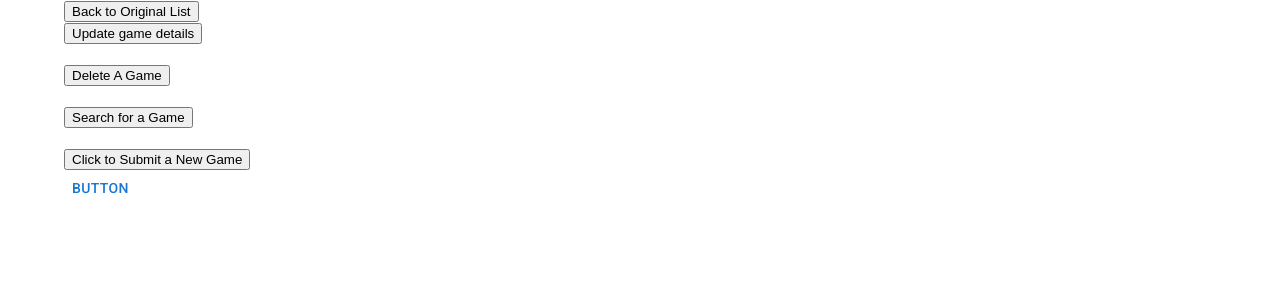
Repository: The-Software-Guild/assessment-2-react-nj10deadend
Page: / (app in Part-2/React-section/frontend/)
An editor plug-in stored every save of this project. The page is shown before and after the next save, followed by the edit.
The browser window is 1280 px wide. The pictures show the whole page.
The page's requests for data from a server got no answer. The project was rebuilt for these pictures with package versions that can differ from the ones it lists, and the page was loaded fresh each time. No one was signed in, and anything a server would have sent is missing. Also part of the build but not shown: Part-2/React-section/frontend/src/components/GameCards.js.

Above is the page before, as saved 2021-12-19 15:58:38.

### Part-2/React-section/frontend/public/index.html
<!DOCTYPE html>
<html lang="en">
  <head>
    <meta charset="utf-8" />
    <link rel="icon" href="%PUBLIC_URL%/favicon.ico" />
    <meta name="viewport" content="width=device-width, initial-scale=1" />
    <meta name="theme-color" content="#000000" />
    <meta name="viewport" content="initial-scale=1, width=device-width" />
    <meta
      name="description"
      content="Web site created using create-react-app"
    />
    <link rel="apple-touch-icon" href="%PUBLIC_URL%/logo192.png" />
    <!--
      manifest.json provides metadata used when your web app is installed on a
      user's mobile device or desktop. See https://developers.google.com/web/fundamentals/web-app-manifest/
    -->
    <link rel="manifest" href="%PUBLIC_URL%/manifest.json" />
    <!--
      Notice the use of %PUBLIC_URL% in the tags above.
      It will be replaced with the URL of the `public` folder during the build.
      Only files inside the `public` folder can be referenced from the HTML.

      Unlike "/favicon.ico" or "favicon.ico", "%PUBLIC_URL%/favicon.ico" will
      work correctly both with client-side routing and a non-root public URL.
      Learn how to configure a non-root public URL by running `npm run build`.
    -->
    <link
      rel="stylesheet"
      href="https://fonts.googleapis.com/css?family=Roboto:300,400,500,700&display=swap"
    />
    <link
      rel="stylesheet"
      href="https://fonts.googleapis.com/icon?family=Material+Icons"
    />
    <title>React App</title>
  </head>
  <body>
    <noscript>You need to enable JavaScript to run this app.</noscript>
    <div id="root"></div>
    <!--
      This HTML file is a template.
      If you open it directly in the browser, you will see an empty page.

      You can add webfonts, meta tags, or analytics to this file.
      The build step will place the bundled scripts into the <body> tag.

      To begin the development, run `npm start` or `yarn start`.
      To create a production bundle, use `npm run build` or `yarn build`.
    -->
  </body>
</html>

### Part-2/React-section/frontend/src/index.css
body {
  margin: 0;
  font-family: -apple-system, BlinkMacSystemFont, 'Segoe UI', 'Roboto', 'Oxygen',
    'Ubuntu', 'Cantarell', 'Fira Sans', 'Droid Sans', 'Helvetica Neue',
    sans-serif;
  -webkit-font-smoothing: antialiased;
  -moz-osx-font-smoothing: grayscale;
}

code {
  font-family: source-code-pro, Menlo, Monaco, Consolas, 'Courier New',
    monospace;
}

.imgs {
  height: 250px;
  width: 250px;
}

### Part-2/React-section/frontend/src/App.js
import './App.css';
import Home from './components/Home';
import AddGameForm from './components/AddGameForm';
import GameSearch from './components/GameSearch';
import UpdateGame from './components/UpdateGame';
import DeleteGame from './components/DeleteGame';
import axios from 'axios';
import {useState, useEffect} from 'react';
import Container from '@mui/material/Container';

// import {Container} from '@mui/material';
import Button from '@mui/material/Button';
// import Button from '@mui/material/Button';
// import Typography from '@mui/material/Typography';

function App() {

  const [gameData, setGameData] = useState([]);

  function getFetchGameServer () {
    axios.get(`http://localhost:8080/allGames`)
      .then(res => {
        setGameData(res.data)
      })

  }

  useEffect(getFetchGameServer, []);

  return (
    // <div className="App">
    <Container>

      <button onClick={getFetchGameServer}>Back to Original List</button>
      <UpdateGame getFetchGameServer={getFetchGameServer}/>
      <br></br>
      <DeleteGame getFetchGameServer={getFetchGameServer} />
      <br></br>
      <GameSearch setGameData={setGameData}/>
      <br></br>
      <AddGameForm setGameData={setGameData}/>

      {/* <Container maxWidth="sm"> */}
      <Home gameData={gameData}/>

      {/* </Container> */}
      <Button>Button</Button>
      {/* <Typography variant="h3" component="div" gutterBottom>
        Here are some projects that I've made
      </Typography> */}

    </Container>

  );
}

export default App;

### Part-2/React-section/frontend/src/components/Home.js
import GameCards from "./GameCards";


function Home ({gameData}) {

    const renderGameData = gameData.map(eachGame => {
        // console.log(eachGame._id);
        return (
            <GameCards key={eachGame._id} eachGame={eachGame} />
        )
    })
    return (
        <div>
            {renderGameData}

        </div>
    )
}

export default Home;

### Part-2/React-section/frontend/src/components/AddGameForm.js
import {useState, useEffect} from 'react';
import axios from 'axios';

function AddGameForm ({setGameData}) {

    const [clicked, setClicked] = useState(false);
    const [submitted, setSubmitted] = useState(false);
    const [name, setName] = useState("");
    const [img, setImg] = useState("");
    const [crossPlatform, setCrossPlatform] = useState(false);
    const [price, setPrice] = useState(0);
    const [genres, setGenres] = useState(["", "", ""]);
    const buttonText = clicked ? "Hide Submission Form" : "Click to Submit a New Game"

    function postRequest() {
        return axios.post('http://localhost:8080/allGames', {
            name: name,
            img: img,
            cross_platform: crossPlatform,
            price: price,
            genres: genres
        })
        .then(function (response) {
            console.log(response);
            return response.data;
        })
        .catch(function (error) {
            console.log(error);
            return null;
        });
    }

    async function onSubmit(event) {
        event.preventDefault();
        setName("");
        setImg("");
        setCrossPlatform("");
        setPrice("");
        setGenres(["", "", ""]);
        const newGame = await postRequest();
        console.log(newGame);
        setGameData((oldInfo)=> {
            console.log(oldInfo)
            return [...oldInfo, newGame]
        })
    }

    return (
        <div>
            <button onClick={() => {setClicked(!clicked)}}>{buttonText}</button>
            {clicked && (
                <form onSubmit={onSubmit}>
                    <div>
                        <label for="name">Name</label>
                        <br></br>
                        <input type="text" name="name" placeholder="Enter name" id="name"
                        value={name} onChange={(event) => {setName(event.target.value)}}/>
                    </div>
                    <div>
                        <label for="img">Image Url</label>
                        <br></br>
                        <input type="text" name="img" placeholder="Enter image URL" id="img"
                        value={img} onChange={(event) => {setImg(event.target.value)}}/>
                    </div>
                    <div>
                        <label for="cross platform">Cross Platform</label>
                        <br></br>
                        <input type="text" name="cross platform" placeholder="Enter true or false" id="cross_platform"
                        value={crossPlatform} onChange={(event) => {setCrossPlatform(event.target.value)}}/>
                    </div>
                    <div>
                        <label for="price">Price</label>
                        <br></br>
                        <input type="text" name="price" placeholder="Enter price of game" id="price"
                        value={price} onChange={(event) => {setPrice(event.target.value)}} />
                    </div>
                    <div>
                        <label for="genres">Genres</label>
                        <br></br>
                        <input type="text" name="genre1" placeholder="Enter first genre category" id="genre1"
                        value={genres[0]} onChange={(event) => {setGenres([event.target.value, genres[1], genres[2]])}}/>
                        <br></br>
                        <input type="text" name="genre2" placeholder="Enter second genre category" id="genre2"
                        value={genres[1]} onChange={(event) => {setGenres([genres[0], event.target.value, genres[2] ])}}/>
                        <br></br>
                        <input type="text" name="genre3" placeholder="Enter third genre category" id="genre3"
                        value={genres[2]} onChange={(event) => {setGenres([genres[0], genres[1], event.target.value])}}/>
                    </div>
                    <input type="submit" value="Submit"/>

                </form>
            )}


        </div>
    )
}

export default AddGameForm;

### Part-2/React-section/frontend/src/components/GameSearch.js
import {useState} from 'react';
import axios from 'axios';

function GameSearch ({setGameData}) {

    const [searchId, setSearchId] = useState("");
    const [clicked, setClicked] = useState(false);

    const searchGameText = clicked ? "Hide Search Form" : "Search for a Game"

    function getFetchOneGame () {
        axios.get(`http://localhost:8080/allGames/${searchId}`)
          .then(res => {
            setGameData([res.data])
        })

    }

    function onSearch(event) {
        event.preventDefault()
        setSearchId("");
        getFetchOneGame();
    }

    return (
        <div>
            <button onClick={() => {setClicked(!clicked)}}>{searchGameText}</button>
            {clicked && (
                <form onSubmit={onSearch}>
                    <input type="text" placeholder="Search for game by id..."
                    onChange={(event) => {setSearchId(event.target.value)}}
                    value = {searchId}
                    />
                    <input type="submit" value="Submit" />
                </form>
            )}
        </div>
    )
}

export default GameSearch;

### Part-2/React-section/frontend/src/components/UpdateGame.js
import {useState} from 'react';
import axios from 'axios';

function UpdateGame ({getFetchGameServer}) {
    const [name, setName] = useState("");
    const [img, setImg] = useState("");
    const [crossPlatform, setCrossPlatform] = useState("");
    const [price, setPrice] = useState("");
    const [genres, setGenres] = useState(["", "", ""]);

    const [clicked, setClicked] = useState(false);
    const [searchId, setSearchId] = useState("");

    const updateButtonText = clicked ? "Hide Update Form" : "Update game details"

    async function patchRequest () {
        await axios.patch(`http://localhost:8080/allGames/update/${searchId}`,  {
            name: name,
            img: img,
            cross_platform: crossPlatform,
            price: price,
            genres: genres
        })
    }

    async function updateChanges (event) {
        event.preventDefault();
        await patchRequest();
        getFetchGameServer();
        setSearchId("");
        setName("");
        setImg("");
        setCrossPlatform("");
        setPrice("");
    }
    return (
        <div>
            <button onClick={() => {setClicked(!clicked)}}>{updateButtonText}</button>
                {clicked && (
                    <div>
                        <form onSubmit={updateChanges}>
                            <div>
                                <h2>Enter Game ID</h2>
                                <label for="game-id">Game ID</label>
                                <br></br>
                                <input name="game-id" type="text" placeholder="Enter Game ID"
                                onChange={(event) => {setSearchId(event.target.value)}}
                                value = {searchId}
                                />
                            </div>
                            <div>
                                <label for="name">Name</label>
                                <br></br>
                                <input type="text" name="name" placeholder="Enter name" id="name"
                                value={name} onChange={(event) => {setName(event.target.value)}}/>
                            </div>
                            <div>
                                <label for="img">Image Url</label>
                                <br></br>
                                <input type="text" name="img" placeholder="Enter image URL" id="img"
                                value={img} onChange={(event) => {setImg(event.target.value)}}/>
                            </div>
                            <div>
                                <label for="cross platform">Cross Platform</label>
                                <br></br>
                                <input type="text" name="cross platform" placeholder="Enter true or false" id="cross_platform"
                                value={crossPlatform} onChange={(event) => {setCrossPlatform(event.target.value)}}/>
                            </div>
                            <div>
                                <label for="price">Price</label>
                                <br></br>
                                <input type="text" name="price" placeholder="Enter price of game" id="price"
                                value={price} onChange={(event) => {setPrice(event.target.value)}} />
                            </div>
                            <div>
                                <label for="genres">Genres</label>
                                <br></br>
                                <input type="text" name="genre1" placeholder="Enter first genre category" id="genre1"
                                value={genres[0]} onChange={(event) => {setGenres([event.target.value, genres[1], genres[2]])}}/>
                                <br></br>
                                <input type="text" name="genre2" placeholder="Enter second genre category" id="genre2"
                                value={genres[1]} onChange={(event) => {setGenres([genres[0], event.target.value, genres[2] ])}}/>
                                <br></br>
                                <input type="text" name="genre3" placeholder="Enter third genre category" id="genre3"
                                value={genres[2]} onChange={(event) => {setGenres([genres[0], genres[1], event.target.value])}}/>
                            </div>
                            <input type="submit" value="Submit Changes"/>

                        </form>
                    </div>
                )}


        </div>
    )
}

export default UpdateGame;

### Part-2/React-section/frontend/src/components/DeleteGame.js
import axios from 'axios';
import {useState} from 'react';

function DeleteGame ({getFetchGameServer}) {

    const [searchId, setSearchId] = useState("");
    const [clicked, setClicked] = useState(false);

    const deleteText = clicked ? "Hide Delete Form" : "Delete A Game"

    async function deleteGame () {
        await axios.delete(`http://localhost:8080/allGames/delete/${searchId}`)
    }

    async function onSubmit (event) {
        event.preventDefault();
        await deleteGame();
        getFetchGameServer();

    }
    return (
        <div>
            <button onClick={() => {setClicked(!clicked)}}>{deleteText}</button>
            {clicked && (
                <form onSubmit={onSubmit}>
                    <div>
                        <input name="game-id" type="text" placeholder="Enter Game ID"
                        onChange={(event) => {setSearchId(event.target.value)}}
                        value = {searchId}
                        />
                    </div>
                    <div>
                        <input type="submit" value="Delete Game"/>
                    </div>
                </form>
            )}

        </div>
    )
}
export default DeleteGame;

Loaded but not shown: Part-2/React-section/frontend/src/index.js (common file); Part-2/React-section/frontend/src/reportWebVitals.js (common file); Part-2/React-section/frontend/src/App.css (common file)

After the next save:
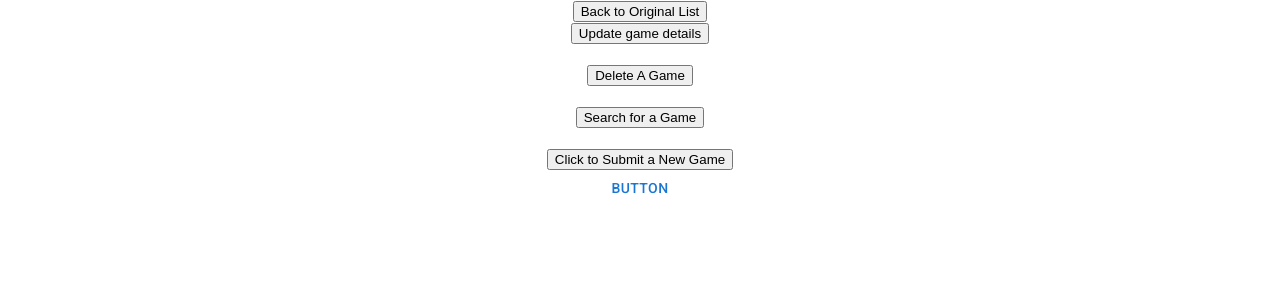
Saved 73 s later.
--- a/Part-2/React-section/frontend/src/App.js
+++ b/Part-2/React-section/frontend/src/App.js
@@ -29,7 +29,7 @@ function App() {
 
   return (
     // <div className="App">
-    <Container>
+    <Container className="App">
 
       <button onClick={getFetchGameServer}>Back to Original List</button>
       <UpdateGame getFetchGameServer={getFetchGameServer}/>
